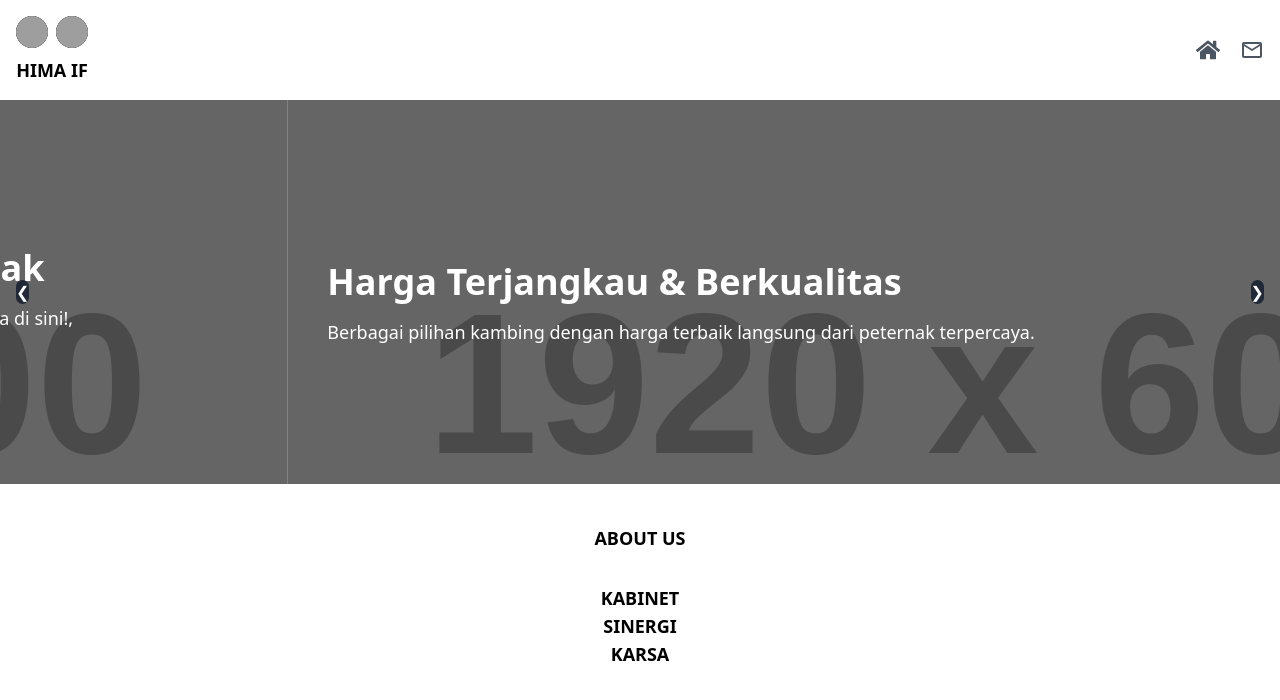
Repository: MUHAMADTEGARWIJAYA/himaif
Page: /
These files come from the project's save history. The page is drawn as it stood at one moment and after the next save; the edit follows.
The browser window is 1280 px wide. The pictures show the whole page.
Pictures or frames that could not be fetched are drawn as grey boxes. The project was rebuilt for these pictures with package versions that can differ from the ones it lists, and the page was loaded fresh each time. Also part of the build but not shown: vite.config.js.

Above is the page before, as saved 2024-12-21 14:49:33.

### src/main.jsx
import React from 'react'
import ReactDOM from "react-dom/client"
import './index.css'
import App from './App.jsx'
import { BrowserRouter } from 'react-router-dom'

ReactDOM.createRoot(document.getElementById('root')).render(
  <React.StrictMode>
    <BrowserRouter>
    <App />
    </BrowserRouter>
  </React.StrictMode>
);

### src/App.jsx
import { Routes, Route } from "react-router-dom";
import Slider from "./pages/Content";
import LandingPage from "./layout/LandingPageLay";
import Card from "./pages/Members";

export default function App() {
  return (
    <Routes>
      <Route element={<LandingPage />}>
         <Route path="/" element={<Slider   />}/>
         <Route path="/" element={<Card   />}/>
      </Route>
    </Routes>
  );
}

### src/pages/Content.jsx
import { useState, useEffect } from "react";

const Slider = () => {
  const slides = [
    {
      id: 1,
      image: "https://via.placeholder.com/1920x600", // Ganti dengan URL gambar
      title: "Mudah & Transparan! Kambing Langsung dari Peternak",
      description:
        "Akses langsung ke peternak, harga transparan, dan kualitas terjamin. Pilih kambing untuk kebutuhan Anda hanya di sini!, jdsudvudvbduvbdvbdiobvbvsudvds",
    },
    {
      id: 2,
      image: "https://via.placeholder.com/1920x600", // Ganti dengan URL gambar
      title: "Harga Terjangkau & Berkualitas",
      description:
        "Berbagai pilihan kambing dengan harga terbaik langsung dari peternak terpercaya.",
    },
    {
      id: 3,
      image: "https://via.placeholder.com/1920x600", // Ganti dengan URL gambar
      title: "Pesan Sekarang, Nikmati Kemudahan",
      description:
        "Proses cepat, aman, dan terintegrasi untuk kebutuhan kambing Anda.",
    },
  ];

  const [currentIndex, setCurrentIndex] = useState(0);

  useEffect(() => {
    const interval = setInterval(() => {
      setCurrentIndex((prevIndex) =>
        prevIndex === slides.length - 1 ? 0 : prevIndex + 1
      );
    }, 5000); // Ganti dengan waktu delay (ms)
    return () => clearInterval(interval);
  }, [slides.length]);

  const prevSlide = () => {
    setCurrentIndex(currentIndex === 0 ? slides.length - 1 : currentIndex - 1);
  };

  const nextSlide = () => {
    setCurrentIndex((currentIndex + 1) % slides.length);
  };

  return (
    <div className="relative w-full h-96 overflow-hidden">
      <div
        className="flex transition-transform duration-1000"
        style={{ transform: `translateX(-${currentIndex * 100}%)` }}
      >
        {slides.map((slide) => (
          <div
            key={slide.id}
            className="w-full h-[600px] flex-shrink-0 relative"
            style={{
              backgroundImage: `url(${slide.image})`,
              backgroundSize: "cover",
              backgroundPosition: "center",
            }}
          >
            <div className="absolute inset-0 bg-black bg-opacity-50 flex flex-col justify-center mb-48 items-start p-10 text-white">
              <h1 className="text-4xl font-bold mb-4">{slide.title}</h1>
              <p className="text-lg">{slide.description}</p>
            </div>
          </div>
        ))}
      </div>
      <button
        onClick={prevSlide}
        className="absolute top-1/2 left-4 -translate-y-1/2 bg-gray-800 text-white rounded-full"
      >
        &#10094;
      </button>
      <button
        onClick={nextSlide}
        className="absolute top-1/2 right-4 -translate-y-1/2 bg-gray-800 text-white rounded-full"
      >
        &#10095;
      </button>
    </div>
  );
};

export default Slider;

### src/layout/LandingPageLay.jsx
import Navbar from '../pages/Navbar';

import App from "../pages/Members";
import Slider from "../pages/Content";

const LandigPage = () => {
    return (
        <div className='bg-white'>
            <Navbar />
             <Slider />
             <App />
         </div>
    );
};

export default LandigPage;

### src/pages/Members.jsx
const About = () => {
    return (
      <div className="flex flex-col justify-center items-center mt-10">
        <h3 className="text-center font-semibold text-lg">ABOUT US</h3>

          <h1 className="text-center w-24 font-bold text-lg mt-8">
            KABINET SINERGI KARSA
          </h1>

      </div>
    );
  };

  export default About;

### src/pages/Navbar.jsx
import  { useState, useEffect } from "react";
import { FaHome } from "react-icons/fa";
import { MdOutlineEmail } from "react-icons/md";

const Navbar = () => {
  const [isVisible, setIsVisible] = useState(true);

  useEffect(() => {
    const handleScroll = () => {
      // Check scroll position
      if (window.scrollY > 50) {
        setIsVisible(false); // Hide when scrolled down
      } else {
        setIsVisible(true); // Show when at top
      }
    };

    window.addEventListener("scroll", handleScroll);

    // Cleanup event listener on unmount
    return () => {
      window.removeEventListener("scroll", handleScroll);
    };
  }, []);

  return (
    <div className="relative">
      <div
        className={`flex items-center p-4 bg-transparent justify-between space-x-5 text-white transition-transform duration-300 ${
          isVisible ? "translate-y-0" : "-translate-y-full"
        }`}
      >
        {/* Bagian Kiri */}
        <div className="flex flex-col items-center space-y-2">
  <div className="flex space-x-2">
    <img
      src="image.jpg" // Gunakan default jika avatar kosong
      alt="User Avatar"
      className="w-8 h-8 bg-black rounded-full"
    />
    <img
      src="image.jpg" // Gunakan default jika avatar kosong
      alt="User Avatar"
      className="w-8 h-8 bg-black rounded-full"
    />
  </div>
  <span className="text-lg font-bold text-black">HIMA IF</span>
</div>


        {/* Bagian Kanan */}
        <div className="flex items-center relative space-x-5">
          <button className="text-gray-600 hover:text-gray-800">
            <FaHome className="w-6 h-6" />
          </button>
          <button className="text-gray-600 hover:text-gray-800">
            <MdOutlineEmail className="w-6 h-6" />
          </button>
          {/* Avatar */}

        </div>
      </div>
    </div>
  );
};

export default Navbar;

Loaded but not shown: index.html (common file); src/index.css (common file); tailwind.config.js (common file)

After the next save:
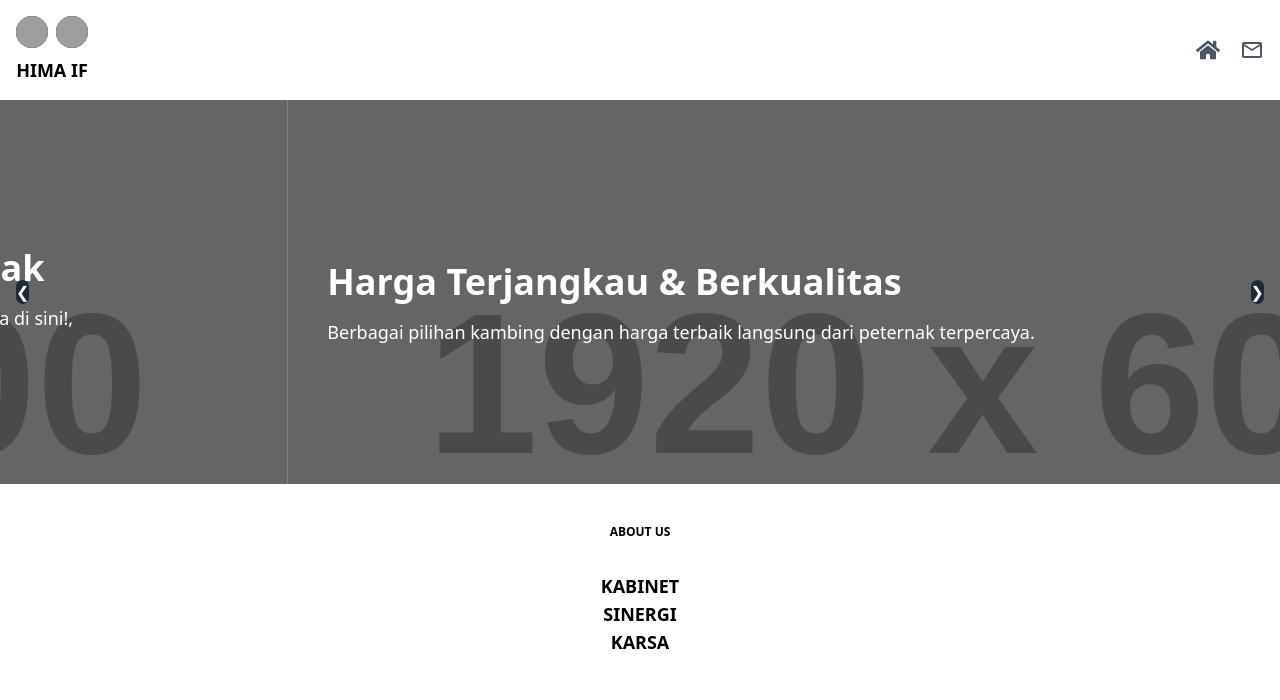
Saved 8 s later.
--- a/src/pages/Members.jsx
+++ b/src/pages/Members.jsx
@@ -1,7 +1,7 @@
 const About = () => {
     return (
       <div className="flex flex-col justify-center items-center mt-10">
-        <h3 className="text-center font-semibold text-lg">ABOUT US</h3>
+        <h3 className="text-center font-semibold text-xs">ABOUT US</h3>
 
           <h1 className="text-center w-24 font-bold text-lg mt-8">
             KABINET SINERGI KARSA
